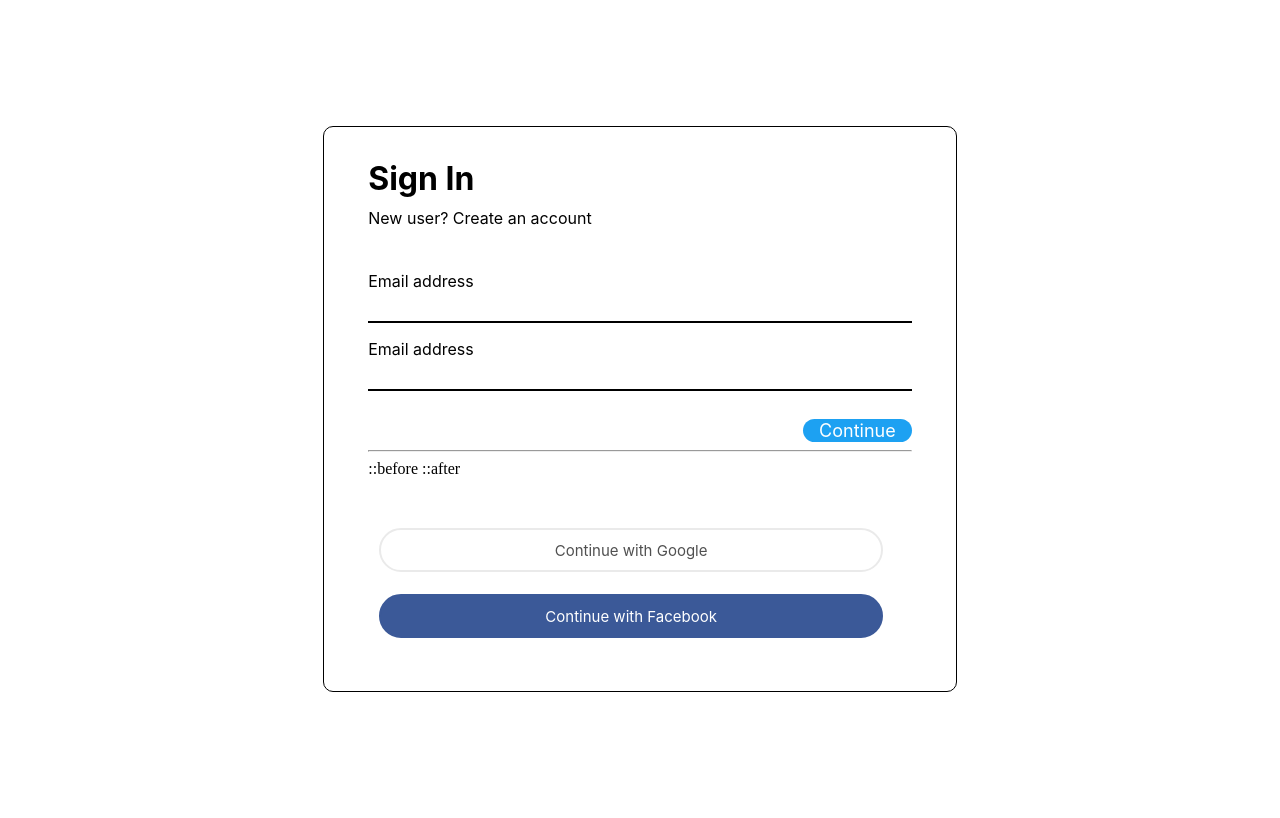
Repository: thangluu93/WereWolf
Page: Template/signIn.html
The author's editor kept a copy of each file at every save. The page is drawn from the files as they stood at one save, then again after the next save.
The browser window is 1280 px wide. The pictures show the whole page.

Above is the page before, as saved 2020-01-13 14:11:13.

### Template/signIn.html
<html>

<head>
    <title>Onion ID</title>
    <link rel="stylesheet" href="../Stylesheet/signInStyle.css">
</head>

<body id="body1">
    <div class="container" id="container1">
        <div class="containerBody" id="containerBody1">
            <div class="border" id="border1">
                <div class="content" id="content1">
                    <div class="contentHeader">
                        <h1 class="Heading">Sign In</h1>
                        <p class="subHead">New user? Create an account</p>
                    </div>
                    <div >
                        <div class="fieldContainer" >
                            <div >
                                <p style="margin-bottom: 0;"> Email address </p>
                                <input type="email" class="field">
                            </div>
                            <div >
                                <p style="margin-bottom: 0;"> Email address </p>
                                <input type="email" class="field">
                            </div>
                        </div>
                        <div class="emailContinue">
                            <button class="emailContinueBtn ">
                                <span>Continue</span>
                            </button>
                        </div>
                    </div>
                    <div class="contentFooter">
                        <hr data-content="or">
                        ::before
                        ::after
                        </hr>
                        <div class="socialSignIn" id="socialSignIn1">
                            <a href="" class="googleSignIn">
                                <!-- <svg viewBox="0 0 1152 1152" focusable="false" aria-hidden="true" role="img"
                                class="googleIconSvg">
                                <path
                                    d="M1055.994 594.42a559.973 559.973 0 0 0-8.86-99.684h-458.99V683.25h262.28c-11.298 60.918-45.633 112.532-97.248 147.089v122.279h157.501c92.152-84.842 145.317-209.78 145.317-358.198z"
                                    fill="#4285f4"></path>
                                <path
                                    d="M588.144 1070.688c131.583 0 241.9-43.64 322.533-118.07l-157.5-122.28c-43.64 29.241-99.463 46.52-165.033 46.52-126.931 0-234.368-85.728-272.691-200.919H152.636v126.267c80.19 159.273 245 268.482 435.508 268.482z"
                                    fill="#34a853"></path>
                                <path
                                    d="M315.453 675.94a288.113 288.113 0 0 1 0-185.191V364.482H152.636a487.96 487.96 0 0 0 0 437.724z"
                                    fill="#fbbc05"></path>
                                <path
                                    d="M588.144 289.83c71.551 0 135.792 24.589 186.298 72.88l139.78-139.779C829.821 144.291 719.504 96 588.143 96c-190.507 0-355.318 109.21-435.508 268.482L315.453 490.75c38.323-115.19 145.76-200.919 272.691-200.919z"
                                    fill="#ea4335"></path>
                            </svg> -->
                                <span>Continue with Google</span>
                            </a>
                            <a href="" class="facebookSignIn">
                                <!-- <svg viewBox="0 0 1152 1152" class="facebookIconSvg" aria-hidden="true" data-prefix="fab" data-icon="facebook-f"
                                role="img" xmlns="http://www.w3.org/2000/svg" viewBox="0 0 264 512" data-fa-i2svg="">
                                <path fill="currentColor"
                                    d="M76.7 512V283H0v-91h76.7v-71.7C76.7 42.4 124.3 0 193.8 0c33.3 0 61.9 2.5 70.2 3.6V85h-48.2c-37.8 0-45.1 18-45.1 44.3V192H256l-11.7 91h-73.6v229">
                                </path>
                            </svg> -->
                                <span>Continue with Facebook</span>

                            </a>

                        </div>
                    </div>
                </div>

            </div>
        </div>
    </div>
</body>

</html>

### Stylesheet/signInStyle.css
.containerBody{
    margin: 0;
    padding: 0;
    width: 100%;
}

#containerBody1{
  width: 100%;

}

#content1{

    display: flex;
    flex-direction: column;


}

.content{
    height: 90%;
    padding: 5% 7% 7% 7%;
}

.border{
    width: 50%;
    height: 80%;
}

#border1{
    border: 1px solid black;
    border-radius: 10px;   ;

    margin: 10% auto;
    justify-content: center;
    align-items: center;

}

.socialSignIn a{
    margin: 2%;
    width: 92%;
    height: 2.5rem;
    display: flex;
    align-items: center;
    justify-content: center;
    font-size: 15px;
}

.socialSignIn{
    margin-top: 2.5rem;
}

#socialSignIn1{
    display: flex;
    flex-direction: column;
}

.googleSignIn,.facebookSignIn,.twitterSignIn{
    border: 2px;
    border-style: solid;
    border-radius: 100px;
}

.subHead{
    margin: 10px 0 0 0;
}

.heading{
    margin: 0;
}

p {
    font-family: adobe-clean,"Source Sans Pro",-apple-system,BlinkMacSystemFont,"Segoe UI",Roboto,sans-serif;
}

h1{
    font-family: adobe-clean,"Source Sans Pro",-apple-system,BlinkMacSystemFont,"Segoe UI",Roboto,sans-serif;
    font-size: 32px;
}

span{
    font-family: adobe-clean,"Source Sans Pro",-apple-system,BlinkMacSystemFont,"Segoe UI",Roboto,sans-serif;
}

a{
    text-decoration: none;
}

.field{
    width: 100%;
    height: 2rem;
    margin:0;
    border-color: black;
    border-top: 0;
    border-left: 0;
    border-right: 0;
    border-bottom: 2px;
    border-style: solid;
    font-size: 16px;
    outline: none;
}

.fieldContainer{
    margin: 8% 0 5% 0;
}

.emailContinueBtn{
    border-radius: 100px;
    font-size: 18px;
    height: 10%;
    width: 20%;
    box-shadow: none;
    background-color: #1da1f2;
    color: white;
    border: none;
    outline: none;
}

.emailContinue{
    display: flex;
    align-items: flex-end;
    flex-direction: column;
}

.googleSignIn{
    border-color: #eaeaea;
    color: #505050;
}

.facebookSignIn{
    border-color:#3b5998;
    background-color: #3b5998;
    color: white;
}

.twitterSignIn{
    color: white;
    border-color: #1da1f2;
    background-color: #1da1f2;
}

After the next save:
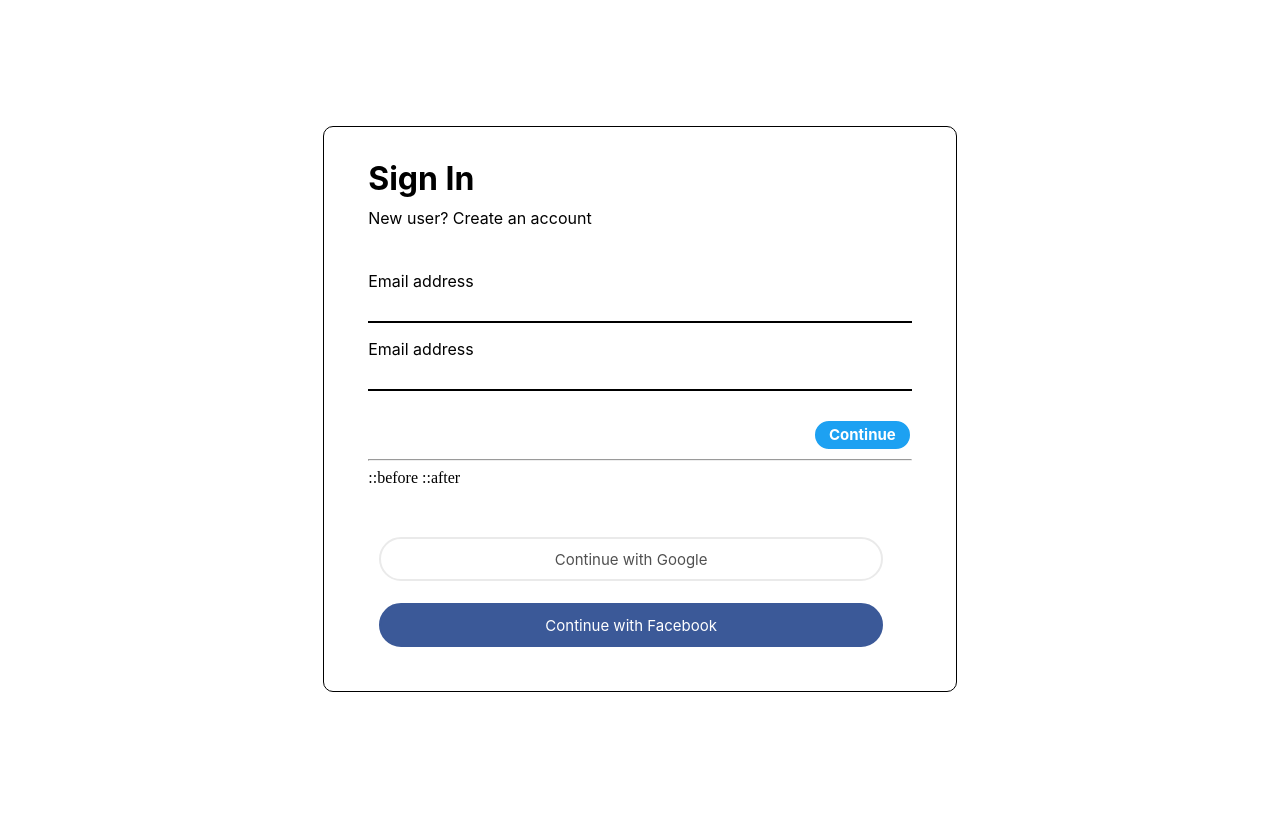
Saved 2 min 28 s later.
--- a/Stylesheet/signInStyle.css
+++ b/Stylesheet/signInStyle.css
@@ -106,15 +106,22 @@ a{
 }
 
 .emailContinueBtn{
-    border-radius: 100px;
-    font-size: 18px;
-    height: 10%;
-    width: 20%;
+
+
     box-shadow: none;
     background-color: #1da1f2;
     color: white;
     border: none;
     outline: none;
+    border-width: 2px;
+    border-style: solid;
+    border-radius: 16px;
+    height: 32px;
+    min-width: 72px;
+    padding: 0 14px 0;
+    font-size: 15px;
+    font-weight: 700;
+    line-height: 0;
 }
 
 .emailContinue{
